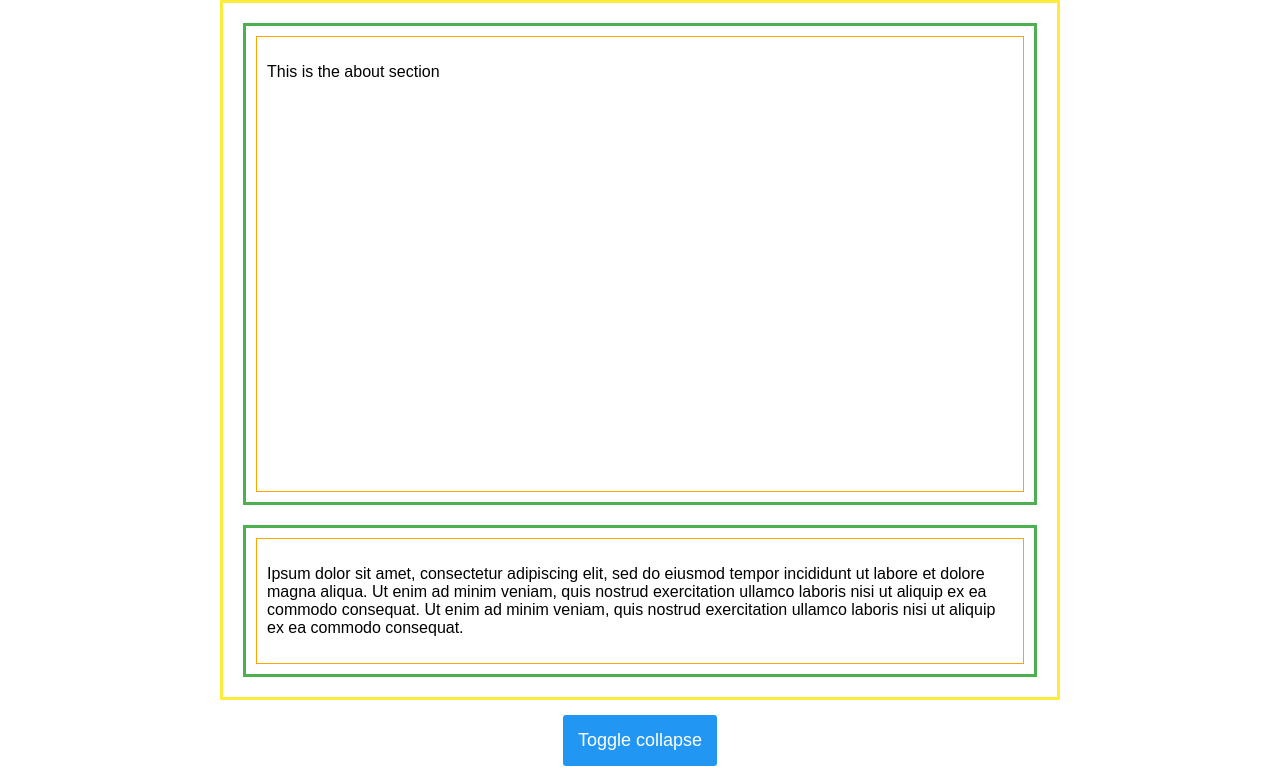
Repository: dsbarnes/groovy-blog
Page: index.html
These files come from the project's save history. The page is drawn as it stood at one moment and after the next save; the edit follows.
The browser window is 1280 px wide. The pictures show the whole page.
After loading, the first visible `#toggle-button` was clicked once.
The style sheet was rebuilt from its Sass, Less or Tailwind sources for each picture, by a compiler version that may differ from the author's.

Above is the page before, as saved 2020-05-09 12:32:29.

### index.html
<!DOCTYPE html>
<html lang="en">

<head>
    <meta charset="UTF-8">
    <meta name="viewport" content="width=device-width, initial-scale=1.0">
    <title>Document</title>
    <link rel="stylesheet" href="./CSS/style.css">
</head>

<body>

    <div class="container">
        <!-- Section one -->
        <div class="section-one">
            <div class='double-border'>

                <div id='about-section-text'>
                    <p>This is the about section</p>
                </div>

                <div id='articles-section-text'>
                    <p>Lorem ipsum dolor sit amet, consectetur adipiscing elit,
                        sed do eiusmod tempor incididunt ut labore et dolore magna aliqua.
                        Ut enim ad minim veniam, quis nostrud exercitation ullamco laboris
                        nisi ut aliquip ex ea commodo consequat.</p>
                    <p>Lorem ipsum dolor sit amet, consectetur adipiscing elit,
                        sed do eiusmod tempor incididunt ut labore et dolore magna aliqua.
                        Ut enim ad minim veniam, quis nostrud exercitation ullamco laboris
                        nisi ut aliquip ex ea commodo consequat.</p>
                    <p>Lorem ipsum dolor sit amet, consectetur adipiscing elit,
                        sed do eiusmod tempor incididunt ut labore et dolore magna aliqua.
                        Ut enim ad minim veniam, quis nostrud exercitation ullamco laboris
                        nisi ut aliquip ex ea commodo consequat.</p>
                    <p>Lorem ipsum dolor sit amet, consectetur adipiscing elit,
                        sed do eiusmod tempor incididunt ut labore et dolore magna aliqua.
                        Ut enim ad minim veniam, quis nostrud exercitation ullamco laboris
                        nisi ut aliquip ex ea commodo consequat.</p>
                    <p>Lorem ipsum dolor sit amet, consectetur adipiscing elit,
                        sed do eiusmod tempor incididunt ut labore et dolore magna aliqua.
                        Ut enim ad minim veniam, quis nostrud exercitation ullamco laboris
                        nisi ut aliquip ex ea commodo consequat.</p>
                    <p>Lorem ipsum dolor sit amet, consectetur adipiscing elit,
                        sed do eiusmod tempor incididunt ut labore et dolore magna aliqua.
                        Ut enim ad minim veniam, quis nostrud exercitation ullamco laboris
                        nisi ut aliquip ex ea commodo consequat.</p>
                </div>

            </div>
        </div>

        <!-- Section two -->
        <div class="section-two collapsible">
            <div class='double-border collapsible'>
                <p>Lorem ipsum dolor sit amet, consectetur adipiscing elit, sed do eiusmod tempor incididunt ut labore
                    et
                    dolore
                    magna aliqua.</p>
            </div>
        </div>

        <!-- Section three -->
        <div class="section-three">
            <div class="double-border">
                <p>Ipsum dolor sit amet, consectetur adipiscing elit, sed do eiusmod tempor incididunt ut labore et
                    dolore
                    magna
                    aliqua. Ut enim ad minim veniam, quis nostrud exercitation ullamco laboris nisi ut aliquip ex ea
                    commodo
                    consequat. Ut enim ad minim veniam, quis nostrud exercitation ullamco laboris nisi ut aliquip ex ea
                    commodo
                    consequat.</p>
            </div>
        </div>

    </div><!-- container -->

    <button id="toggle-button">Toggle collapse</button>

    <script type=module src="index.js"></script>
</body>

</html>

### index.js
import articles from './components/articles.js'
import repos from './components/repos.js'

import articlesData from './siteData/articles.js'
import backendData from './siteData/backEnd.js'
import frontendData from './siteData/frontEnd.js'
import fullstackData from './siteData/fullStack.js'

document.querySelector('#toggle-button')
    .addEventListener('click',
        function () {
            // Add overflow: scroll
            document.querySelector('.section-one')
                .classList.toggle('collapsed')

            // Shrinks and fades out the middle box
            document.querySelector('.section-two.collapsible')
                .classList.toggle('collapsed');

            // document.querySelector('.double-border.collapsible')
            //     .classList.toggle('collapsed')
        });

### components/articles.js
function modules(arr) {
    console.log('modules works')
}

export default modules

### components/repos.js
function repos(arr) {

    const root = document.getElementById('articles-section-text')

    for (const element of arr) {
        const keys = Object.keys(element)
        for (const key in keys) {
            const pTag = document.createElement('p')
            pTag.classList.add('fade-in')
            pTag.innerHTML = element[key]
            root.appendChild(pTag)
        }
    }
}

export default repos

### siteData/articles.js
const articleData = [
    {
        "Title": "Article Project One",
        "Link": "blah.com",
        "Date": "date-posted",
        "Short": "fjdklsafjdlks;fajsdl;f"
    },
    {
        "Title": "Article Project Two",
        "Link": "blah.com",
        "Date": "date-posted",
        "Short": "fjdklsafjdlks;fajsdl;f"
    },
    {
        "Title": "Article Project Three",
        "Link": "blah.com",
        "Date": "date-posted",
        "Short": "fjdklsafjdlks;fajsdl;f"
    },
    {
        "Title": "Article Project Four",
        "Link": "blah.com",
        "Date": "date-posted",
        "Short": "fjdklsafjdlks;fajsdl;f"
    },
    {
        "Title": "Article Project Five",
        "Link": "blah.com",
        "Date": "date-posted",
        "Short": "fjdklsafjdlks;fajsdl;f"
    }
]

export default articleData

### siteData/backEnd.js
const backendData = [
    {
        "Repo": "Back End Project One",
        "RepoLink": "blah.com",
        "Description": "README.md"
    },
    {
        "Repo": "Back End Project Two",
        "RepoLink": "blah.com",
        "Description": "README.md"
    },
    {
        "Repo": "Back End Project Three",
        "RepoLink": "blah.com",
        "Description": "README.md"
    },
    {
        "Repo": "Back End Project Four",
        "RepoLink": "blah.com",
        "Description": "README.md"
    },
    {
        "Repo": "Back End Project Five",
        "RepoLink": "blah.com",
        "Description": "README.md"
    }
]

export default backendData

### siteData/frontEnd.js
const frontendData = [
    {
        "Repo": "Front End Project One",
        "RepoLink": "blah.com",
        "DemoLink": "demo link",
        "Description": "README.md"
    },
    {
        "Repo": "Front End Project Two",
        "RepoLink": "blah.com",
        "DemoLink": "demo link",
        "Description": "README.md"
    },
    {
        "Repo": "Front End Project Three",
        "RepoLink": "blah.com",
        "DemoLink": "demo link",
        "Description": "README.md"
    },
    {
        "Repo": "Front End Project Four",
        "RepoLink": "blah.com",
        "DemoLink": "demo link",
        "Description": "README.md"
    },
    {
        "Repo": "Front End Project Five",
        "RepoLink": "blah.com",
        "DemoLink": "demo link",
        "Description": "README.md"
    }
]

export default frontendData

### siteData/fullStack.js
const fullstackData = [
    {
        "Repo": "Full Stack Project One",
        "RepoLink": "blah.com",
        "Description": "README.md"
    },
    {
        "Repo": "Full Stack Project Two",
        "RepoLink": "blah.com",
        "Description": "README.md"
    },
    {
        "Repo": "Full Stack Project Three",
        "RepoLink": "blah.com",
        "Description": "README.md"
    },
    {
        "Repo": "Full Stack Project Four",
        "RepoLink": "blah.com",
        "Description": "README.md"
    },
    {
        "Repo": "Full Stack Project Five",
        "RepoLink": "blah.com",
        "Description": "README.md"
    }
]

export default fullstackData

### style.scss
// This stuff matters!
.container {
  display:flex;
  flex-direction:column;
  justify-content:flex-start;

  // sadly, we're required to set at least the container height explicitly
  height:700px;
}

.section-one {
  flex:2;
  border:3px solid #4CAF50;
  margin: 10px;
  padding: 10px;
  #articles-section-text{ display: none;}
}
.section-one.collapsed{
   overflow: hidden;
  .double-border{ overflow: scroll; }
}

.section-two {
  // note that we're transitioning flex, not height!
  transition:all 0.4s ease;
  transition-property: flex, border, margin, padding, color;
  border:3px solid #4CAF50;
  flex:1;
  overflow:hidden;
  margin: 10px;
  padding: 10px;
  color: black;
}
.section-two.collapsed {
  flex: 0;
  border: 0px solid white;
  margin: 0 200px;
  padding: 0 400px;
  color: white;
}

.section-three{
  margin: 10px;
  padding: 10px;
  border:3px solid #4CAF50;
}
.double-border{
  border: 1px solid orange;
  height: 100%;
  p{padding: 10px;}
}
.double-border.collapsed {
  border: 1px solid white;
}


// This stuff doesn't matter!
* {
  box-sizing:border-box;
}
body {
  margin:0;
  font-family:arial;
}
.container {
  border: 3px solid #FFEB3B;
  margin:0 auto;
  max-width:840px;
  padding: 10px;
}
button {
  display:block;
  font-size:18px;
  border:none;
  border-radius:3px;
  background:#2196F3;
  color:white;
  margin:15px auto;
  padding:15px;
}

After the next save:
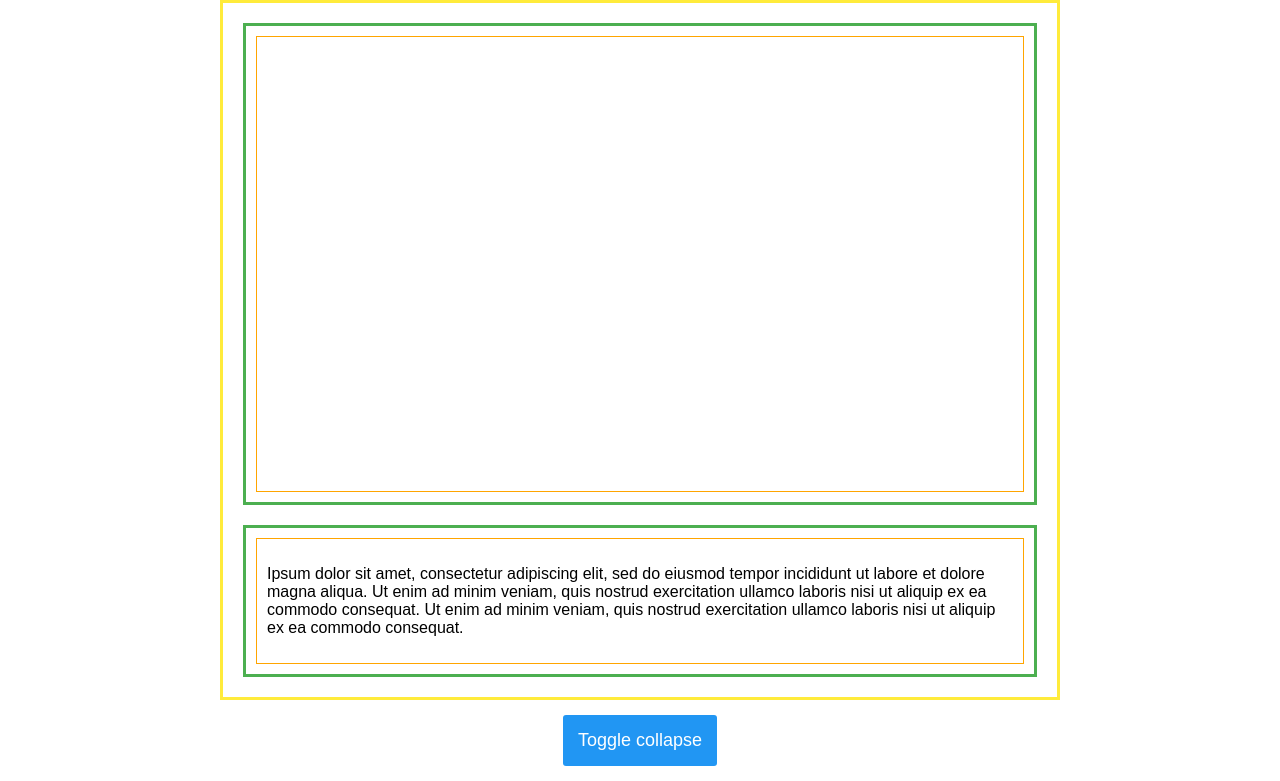
Saved 64 s later.
--- a/index.js
+++ b/index.js
@@ -9,6 +9,10 @@ import fullstackData from './siteData/fullStack.js'
 document.querySelector('#toggle-button')
     .addEventListener('click',
         function () {
+
+            const aboutText = document.getElementById('about-section-text')
+            aboutText.style.display = 'none'
+
             // Add overflow: scroll
             document.querySelector('.section-one')
                 .classList.toggle('collapsed')
